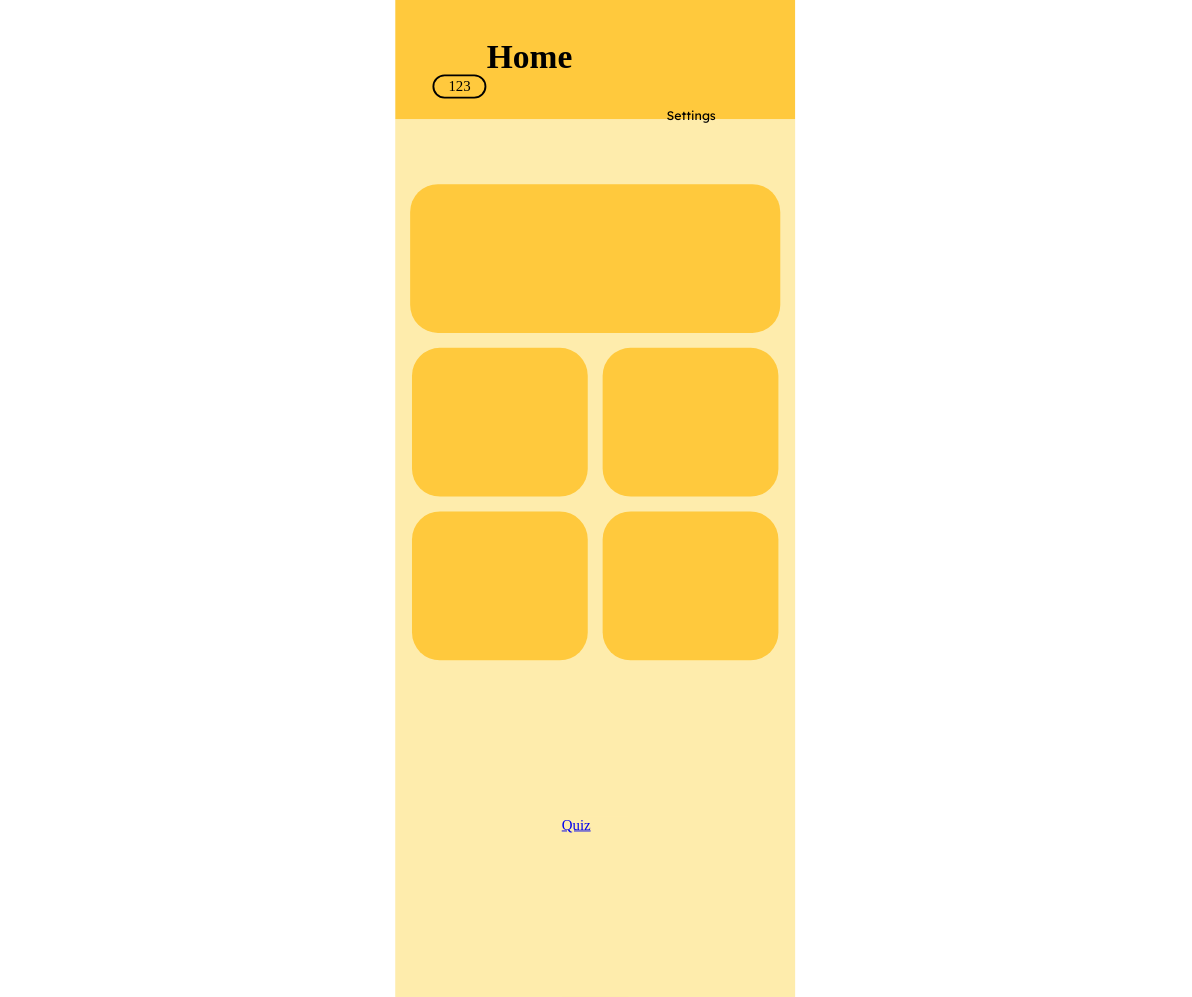
Repository: kellyzyhuang/HiveFive
Page: /
These files come from the project's save history. The page is drawn as it stood at one moment and after the next save; the edit follows.
The browser window is 1280 px wide. The page is 1282 px wide, so the pictures cover 1282 px, including what lies to the right of the window. The pictures show the whole page, at 93% of full size.
Some web fonts or font styles are not loaded; a fallback is used. The project was rebuilt for these pictures with package versions that can differ from the ones it lists, and the page was loaded fresh each time. The framework's server and built-in components were replaced by stand-ins that run in the browser. Also part of the build but not shown: next.config.js.

Above is the page before, as saved 2024-04-07 19:33:03.

After the next save:
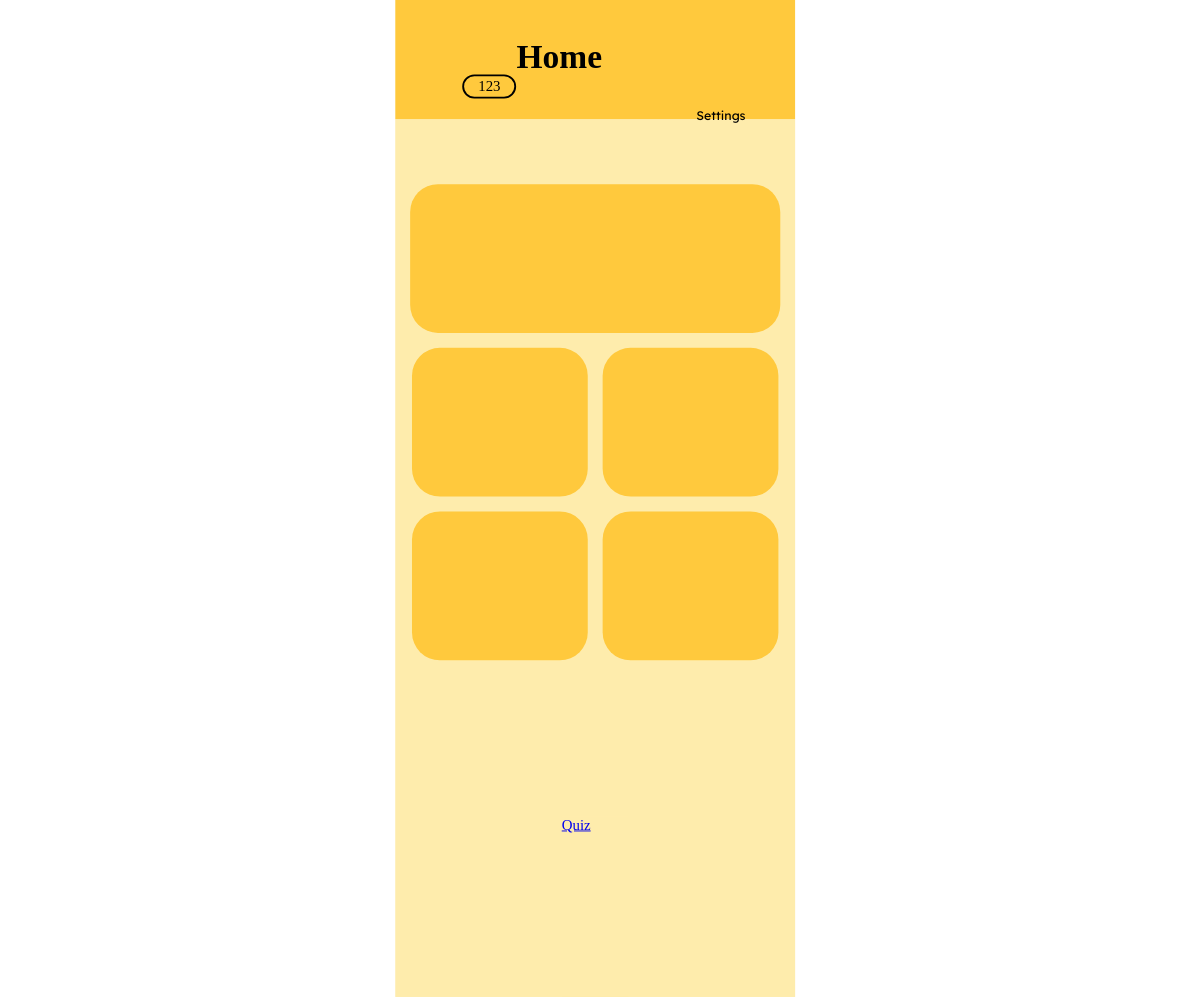
Saved 7 s later.
--- a/components/Header/Header.module.css
+++ b/components/Header/Header.module.css
@@ -12,7 +12,7 @@
   list-style-type: none;
   display: flex;
   justify-content: space-around;
-  margin-right: 2rem;
+  margin-left: 2rem;
 }
 
 .pageTitle {

After the save that followed:
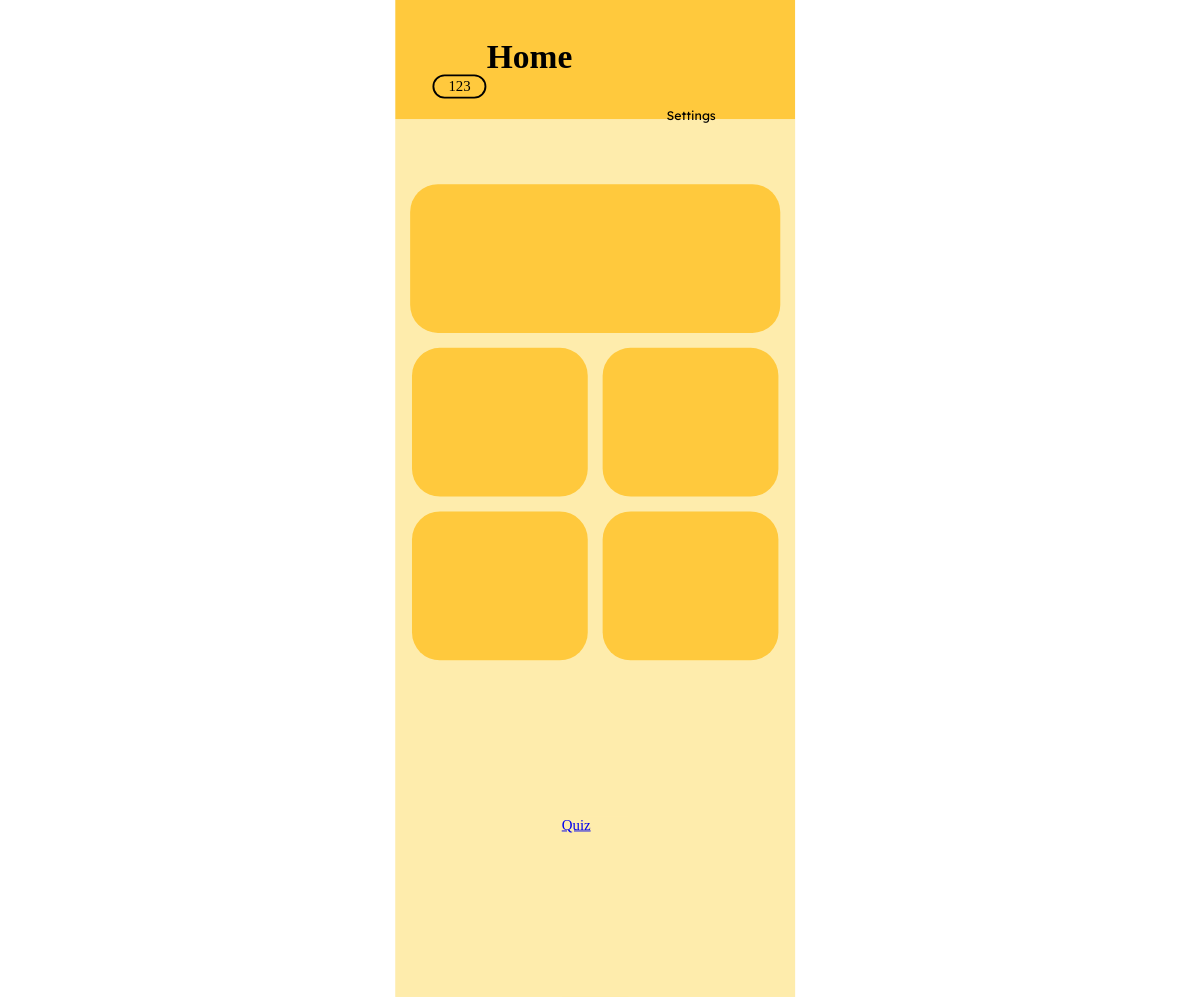
Saved 7 s later.
--- a/components/Header/Header.module.css
+++ b/components/Header/Header.module.css
@@ -11,8 +11,8 @@
 .list {
   list-style-type: none;
   display: flex;
-  justify-content: space-around;
-  margin-left: 2rem;
+  justify-content: space-between;
+  margin-right: 2rem;
 }
 
 .pageTitle {
